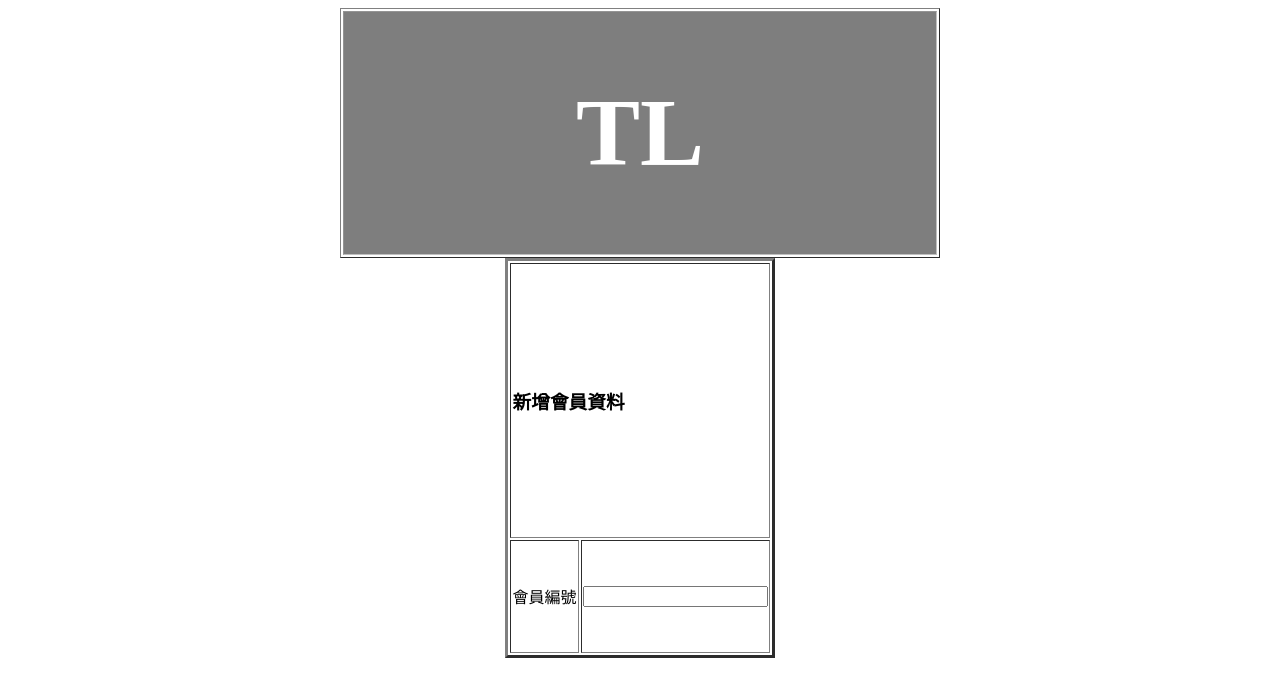
Repository: DAXMZB/Project
Page: http://localhost/SP2/addMember.jsp
The author's editor kept a copy of each file at every save. The page is drawn from the files as they stood at one save, then again after the next save.
The browser window is 1280 px wide. The pictures show the whole page.
The page is served by Tomcat 9.

Above is the page before, as saved 2026-02-07 07:59:10.

After the next save:
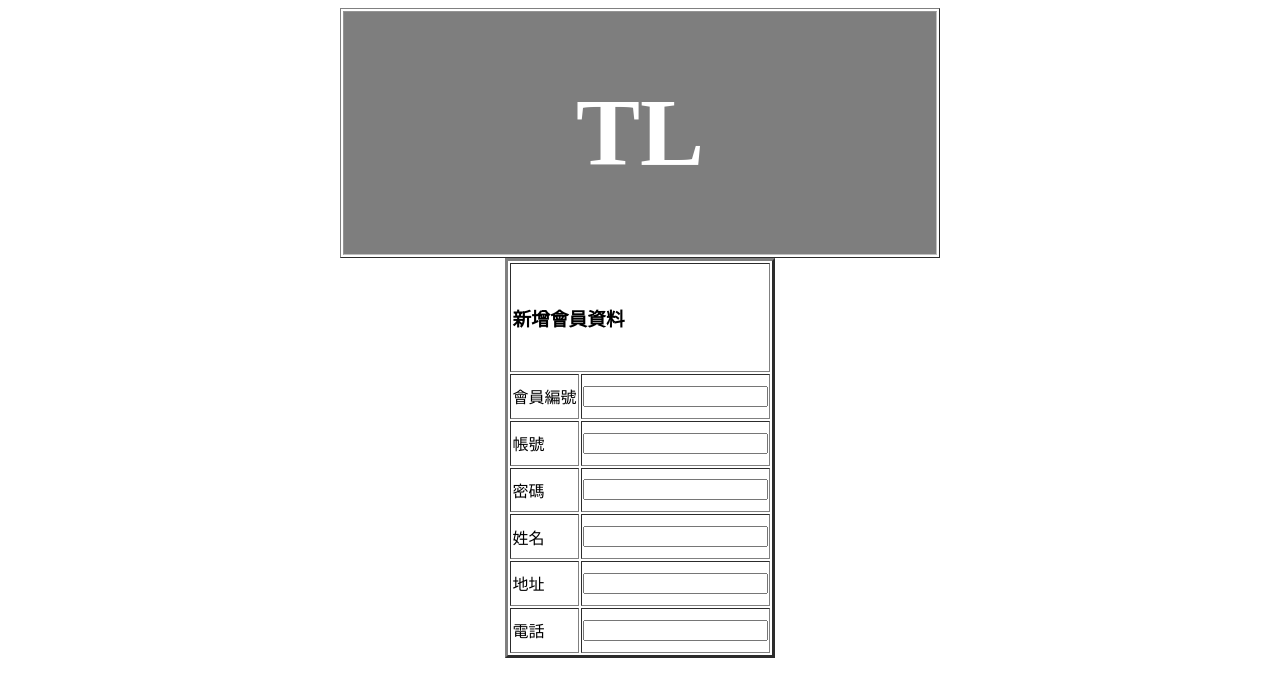
Saved 15 min 50 s later.
--- a/SP2/src/main/webapp/addMember.jsp
+++ b/SP2/src/main/webapp/addMember.jsp
@@ -12,7 +12,31 @@
 		<form action="addMemberController" method="post">
 			<table height="400" align="center" border="3">
 				<td colspan=2><h3>新增會員資料</h3></td>
-				<tr><td>會員編號</td><td><input type="text" name="memberNo">
+				<tr>
+					<td>會員編號</td>
+					<td><input type="text" name="memberNo"></td>
+				</tr>
+				<tr>
+					<td>帳號</td>
+					<td><input type="text" name="username"></td>
+				</tr>
+				<tr>
+					<td>密碼</td>
+					<!-- 留意檢視密碼可行性 -->
+					<td><input type="password" name="password"></td>
+				</tr>
+				<tr>
+					<td>姓名</td>
+					<td><input type="text" name="name"></td>
+				</tr>
+				<tr>
+					<td>地址</td>
+					<td><input type="text" name="address"></td>
+				</tr>
+				<tr>
+					<td>電話</td>
+					<td><input type="text" name="phone"></td>
+				</tr>
 			</table>
 		</form>
 	</table>
